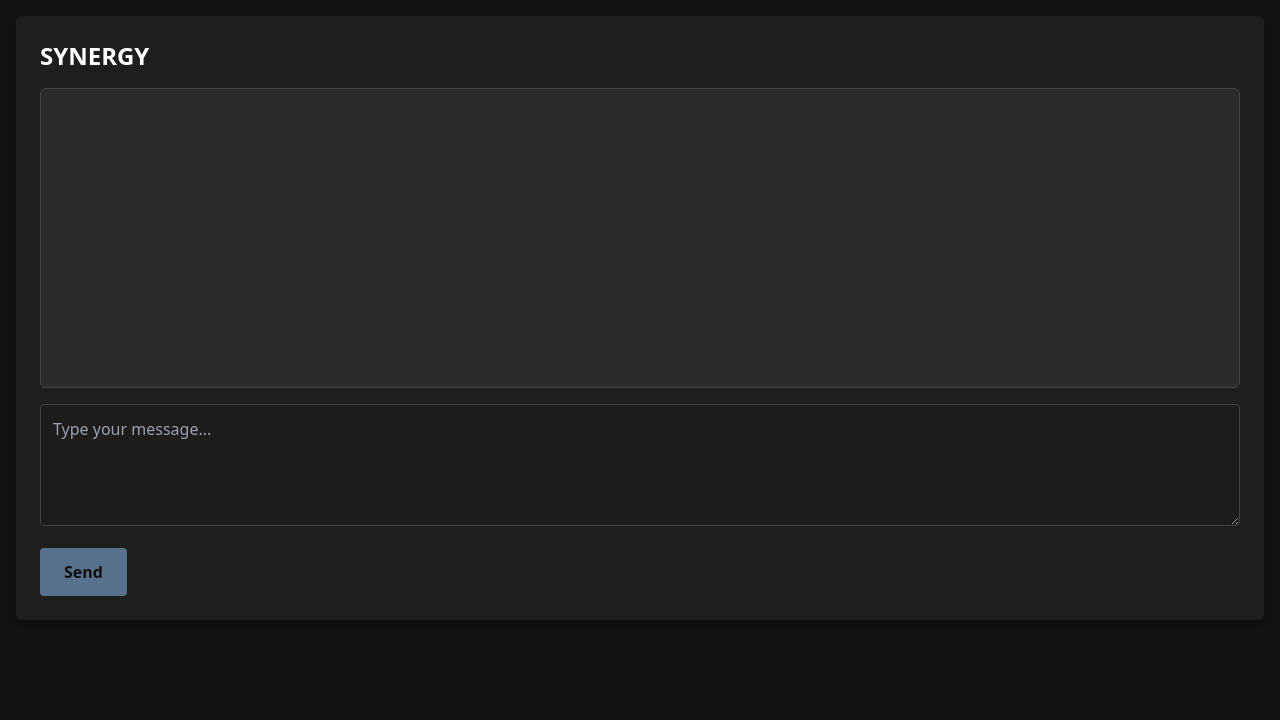
Repository: Theanh0410/Pre-thesis
Page: / (app in LLM/client/)
The author's editor kept a copy of each file at every save. The page is drawn from the files as they stood at one save, then again after the next save.
The browser window is 1280 px wide. The pictures show the whole page.
The project was rebuilt for these pictures with package versions that can differ from the ones it lists, and the page was loaded fresh each time. The framework's server and built-in components were replaced by stand-ins that run in the browser. Also part of the build but not shown: LLM/client/next.config.js, LLM/client/next.config.mjs.

Above is the page before, as saved 2025-04-11 20:49:07.

### LLM/client/pages/_app.js
import "../styles/global.css"
export default function App({ Component, pageProps }) {
  return <Component {...pageProps} />;
}

### LLM/client/pages/index.js
import { useState } from 'react';

export default function ChatApp() {
  const [prompt, setPrompt] = useState('');
  const [messages, setMessages] = useState([]);
  const [loading, setLoading] = useState(false);

  const sendPrompt = async () => {
    if (!prompt.trim()) return;

    const userMsg = { role: 'user', text: prompt };
    setMessages(prev => [...prev, userMsg]);
    setPrompt('');
    setLoading(true);

    try {
      const res = await fetch('/api/chat', {
        method: 'POST',
        headers: { 'Content-Type': 'application/json' },
        body: JSON.stringify({ prompt: userMsg.text }),
      });

      if (!res.ok || !res.body) {
        throw new Error(`HTTP error: ${res.status}`);
      }

      let botMsg = { role: 'bot', text: '' };
      setMessages(prev => [...prev, botMsg]);

      const reader = res.body.getReader();
      const decoder = new TextDecoder();

      while (true) {
        const { done, value } = await reader.read();
        if (done) break;

        const chunk = decoder.decode(value);
        botMsg = { ...botMsg, text: botMsg.text + chunk };
        setMessages(prev => [...prev.slice(0, -1), botMsg]);
      }
    } catch (err) {
      console.error(err);
      setMessages(prev => [
        ...prev.slice(0, -1),
        { role: 'bot', text: `❌ Error: ${err.message}` },
      ]);
    } finally {
      setLoading(false);
    }
  };

  return (
    <main className="min-h-screen p-4 bg-[#121212] text-[#e0e0e0] font-sans">
      <div className="max-w-[1300px] mx-auto bg-[#1e1e1e] p-6 rounded-md shadow-md">
        <h1 className="text-2xl text-white mb-4 font-semibold">SYNERGY</h1>

        <div className="h-[300px] overflow-y-auto bg-[#2b2b2b] border border-[#444] rounded-md p-4 mb-4">
          {messages.map((msg, idx) => (
            <div
              key={idx}
              className={`mb-3 whitespace-pre-wrap break-words ${
                msg.role === 'user' ? 'text-blue-300' : 'text-green-300'
              }`}
            >
              <strong>{msg.role === 'user' ? 'You' : 'SYNERGY'}:</strong> {msg.text}
            </div>
          ))}
          {loading && (
            <div className="italic text-gray-400">SYNERGY is typing...</div>
          )}
        </div>

        <textarea
          className="w-full p-3 border border-[#444] rounded resize-y bg-[#1c1c1c] text-white mb-4"
          rows={4}
          value={prompt}
          onChange={(e) => setPrompt(e.target.value)}
          placeholder="Type your message..."
          onKeyDown={(e) => {
            if (e.key === 'Enter' && !e.shiftKey) {
              e.preventDefault();
              sendPrompt();
            }
          }}
        />

        <button
          className="px-6 py-3 bg-blue-300 text-black font-bold rounded disabled:opacity-50 hover:bg-blue-400 transition"
          onClick={sendPrompt}
          disabled={loading || !prompt.trim()}
        >
          {loading ? 'Thinking...' : 'Send'}
        </button>
      </div>
    </main>
  );
}

Loaded but not shown: LLM/client/pages/_document.js (common file); LLM/client/styles/global.css (common file); LLM/client/tailwind.config.js (common file)

After the next save:
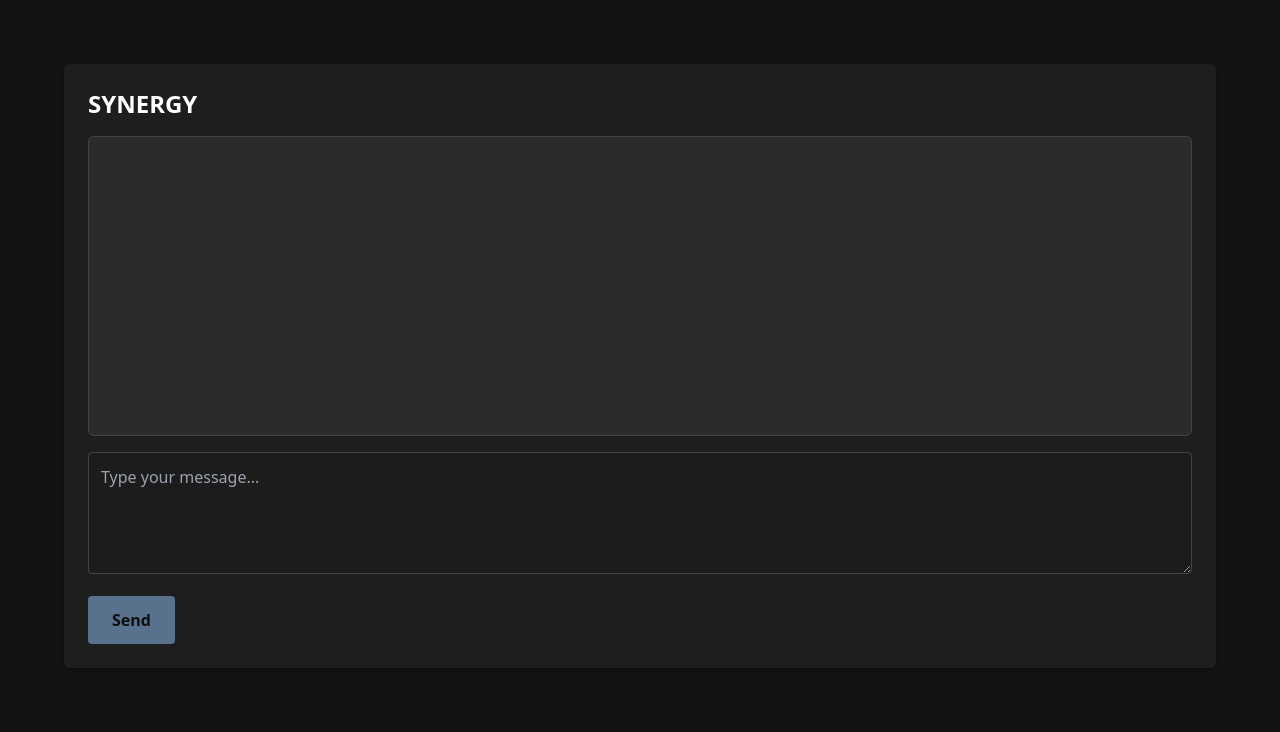
Saved 6 s later.
--- a/LLM/client/pages/index.js
+++ b/LLM/client/pages/index.js
@@ -50,7 +50,7 @@ export default function ChatApp() {
   };
 
   return (
-    <main className="min-h-screen p-4 bg-[#121212] text-[#e0e0e0] font-sans">
+    <main className="min-h-screen p-16 bg-[#121212] text-[#e0e0e0] font-sans">
       <div className="max-w-[1300px] mx-auto bg-[#1e1e1e] p-6 rounded-md shadow-md">
         <h1 className="text-2xl text-white mb-4 font-semibold">SYNERGY</h1>
 
